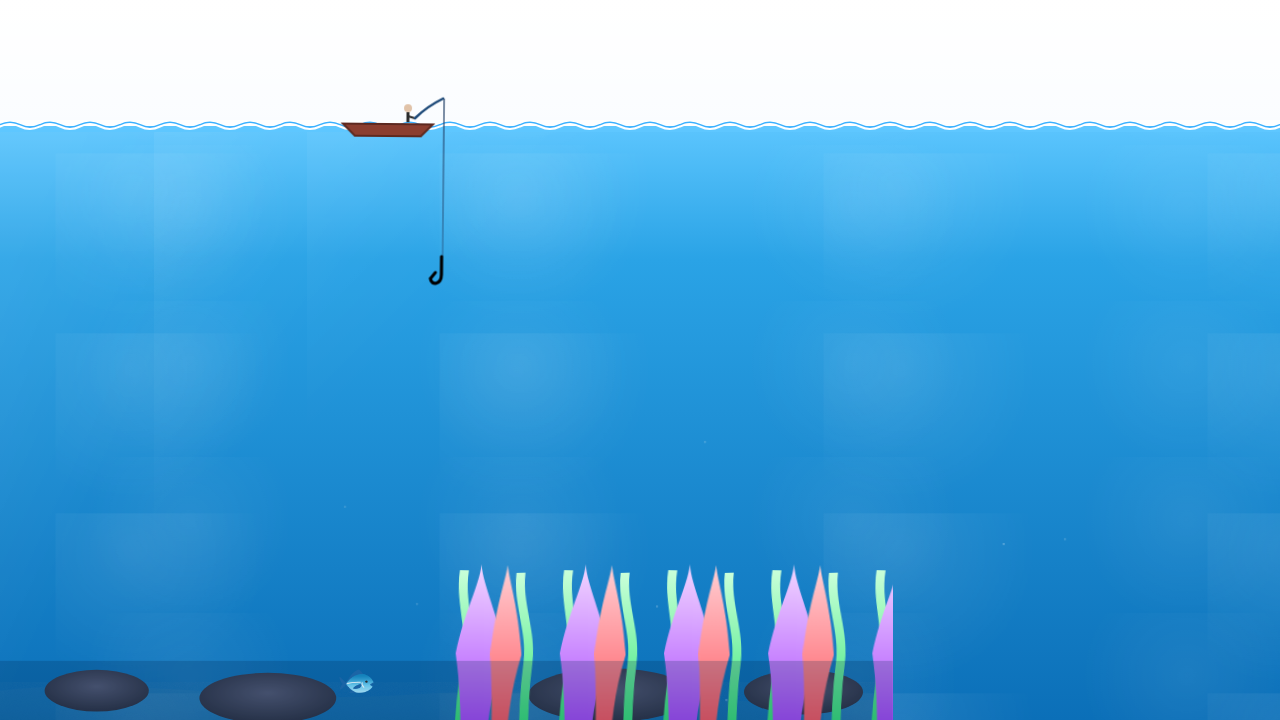
Repository: DeepFriedTurkey441/fd_game_project
Page: index.html
The author's editor kept a copy of each file at every save. The page is drawn from the files as they stood at one save, then again after the next save.
The browser window is 1280 px wide. The pictures show the whole page.

Above is the page before, as saved 2025-09-23 08:28:28.

After the next save:
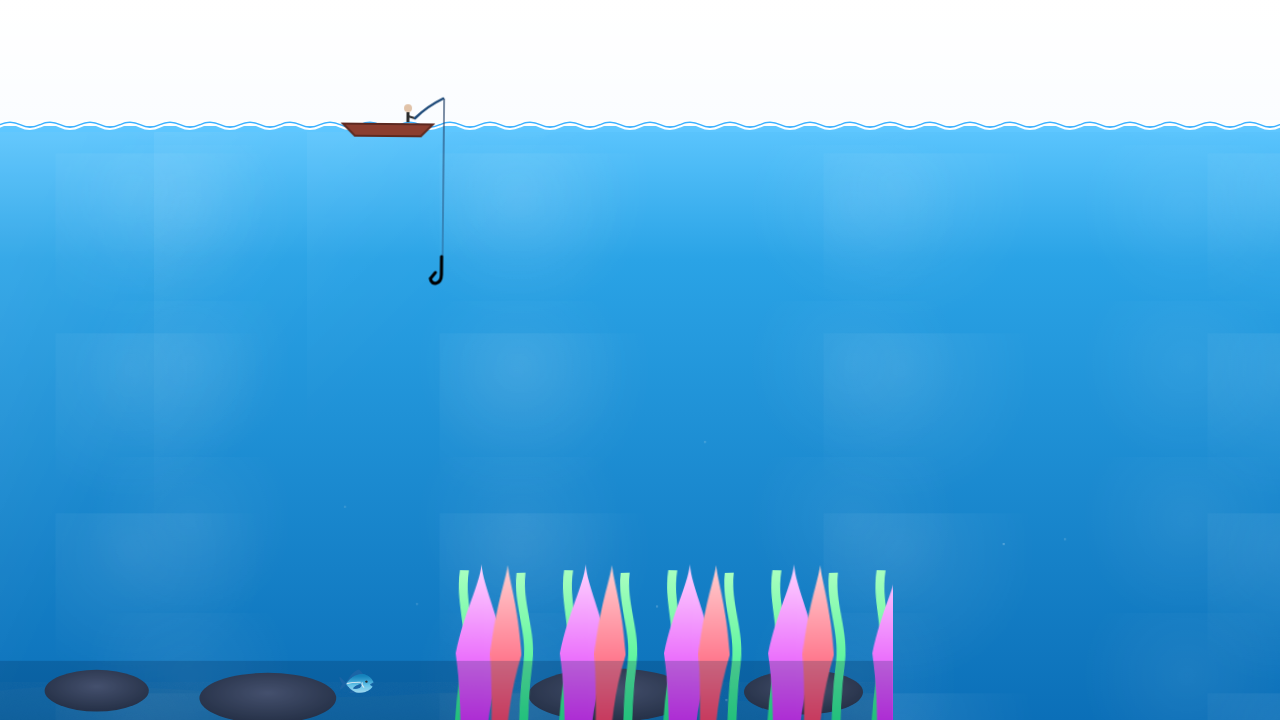
Saved 5 min 36 s later.
--- a/index.html
+++ b/index.html
@@ -26,19 +26,19 @@
           <stop offset="100%" stop-color="#303445"/>
         </radialGradient>
         <linearGradient id="leafGreen" x1="0" y1="1" x2="0" y2="0">
-          <stop offset="0%" stop-color="#0a7f3b"/>
-          <stop offset="60%" stop-color="#1fe36a"/>
-          <stop offset="100%" stop-color="#c9ffd9"/>
+          <stop offset="0%" stop-color="#008c3b"/>
+          <stop offset="55%" stop-color="#00e676"/>
+          <stop offset="100%" stop-color="#a8ffbf"/>
         </linearGradient>
         <linearGradient id="leafRed" x1="0" y1="1" x2="0" y2="0">
-          <stop offset="0%" stop-color="#7a1626"/>
-          <stop offset="60%" stop-color="#ff4b55"/>
-          <stop offset="100%" stop-color="#ffd0d4"/>
+          <stop offset="0%" stop-color="#b00020"/>
+          <stop offset="55%" stop-color="#ff1744"/>
+          <stop offset="100%" stop-color="#ffd1d1"/>
         </linearGradient>
         <linearGradient id="leafPurple" x1="0" y1="1" x2="0" y2="0">
-          <stop offset="0%" stop-color="#3b0a7f"/>
-          <stop offset="60%" stop-color="#a33bff"/>
-          <stop offset="100%" stop-color="#f2d7ff"/>
+          <stop offset="0%" stop-color="#5a00d1"/>
+          <stop offset="55%" stop-color="#d500f9"/>
+          <stop offset="100%" stop-color="#ffd6ff"/>
         </linearGradient>
         <!-- subtle sand grain -->
         <filter id="grain" x="-10%" y="-10%" width="120%" height="120%">
@@ -122,7 +122,7 @@
           <use href="#leafRedSym" x="58" y="390" class="sway"/>
           <use href="#plantBlade" x="86" y="404" class="sway slow"/>
         </g>
-        <g transform="translate(1140,0)">
+        <g transform="translate(1080,0)">
           <use href="#plantBlade" x="0" y="398" class="sway"/>
           <use href="#leafBroad" x="24" y="390" class="sway fast"/>
           <use href="#leafRedSym" x="58" y="390" class="sway"/>
